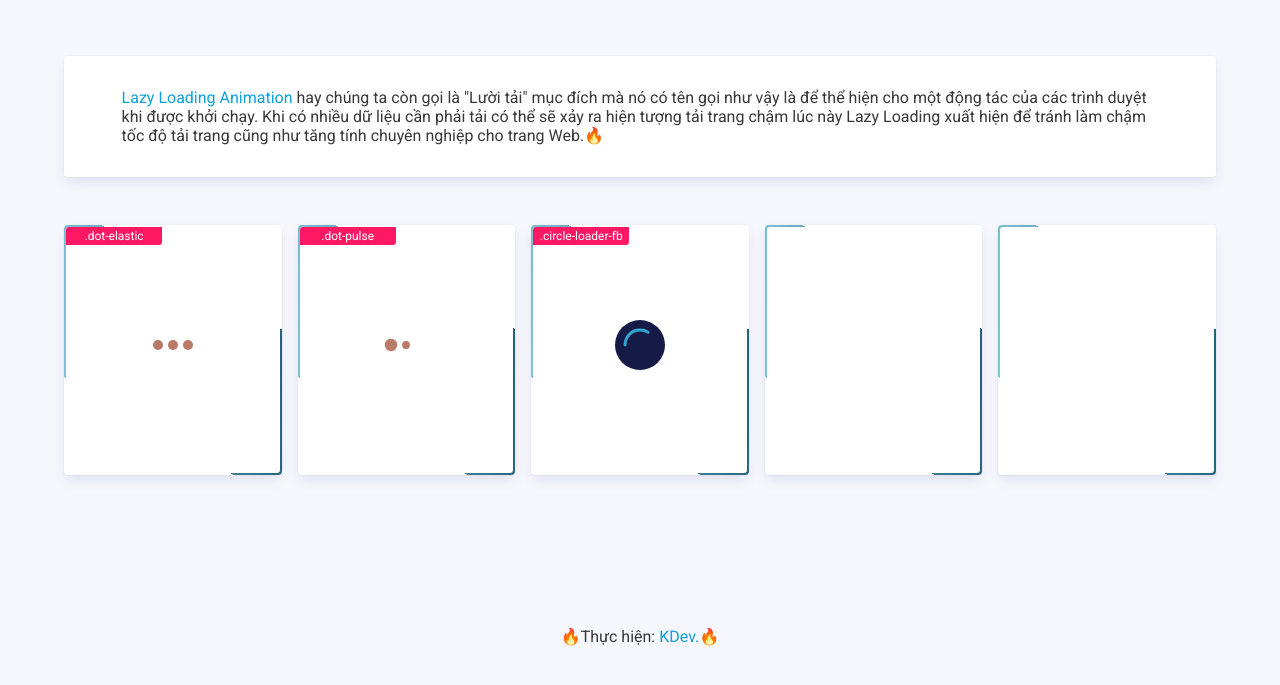
Repository: haokiet2501/lazy-loader-animation
Page: index.html
These files come from the project's save history. The page is drawn as it stood at one moment and after the next save; the edit follows.
The browser window is 1280 px wide. The pictures show the whole page.
The style sheet was rebuilt from its Sass, Less or Tailwind sources for each picture, by a compiler version that may differ from the author's.

Above is the page before, as saved 2022-05-07 01:26:17.

### index.html
<!DOCTYPE html>
<html lang="en">
<head>
    <meta charset="UTF-8">
    <meta http-equiv="X-UA-Compatible" content="IE=edge">
    <meta name="viewport" content="width=device-width, initial-scale=1.0">
    <link rel="shortcut icon" href="image/KDEV.png" type="image/x-icon">
    <link rel="stylesheet" href="sass/css/styles.css">
    <title>Lazy Loading Animation</title>
</head>
<body>
    <div class="container">
        <div class="title">
            <a href="/" target="_blank">Lazy Loading Animation</a> hay chúng ta còn gọi là "Lười tải" mục đích mà nó có tên gọi như vậy là để thể hiện cho một động tác của các trình duyệt khi được khởi chạy. Khi có nhiều dữ liệu cần phải tải có thể sẽ xảy ra hiện tượng tải trang chậm lúc này Lazy Loading xuất hiện để tránh làm chậm tốc độ tải trang cũng như tăng tính chuyên nghiệp cho trang Web.🔥
        </div>

        <div class="row">
            <div class="box">
                <div class="snippet" data-title=".dot-elastic"></div>
                <div class="dot">
                    <div class="dot__elastic"></div>
                </div>
            </div>

            <div class="box">
                <div class="snippet" data-title=".dot-pulse"></div>
                <div class="dot">
                    <div class="dot__pulse"></div>
                </div>
            </div>

            <div class="box">
                <div class="snippet" data-title=".circle-loader-fb"></div>
                <div class="dot">
                    <div class="dot__cirle__fb">
                        <svg>
                            <circle cx="15" cy="15" r="15"></circle>
                        </svg>
                    </div>
                </div>
            </div>

            <div class="box">
                <div class="dot">

                </div>
            </div>
            <div class="box">
                <div class="dot">

                </div>
            </div>
        </div>

        <footer class="footer">
            <p>
                🔥Thực hiện: <a href="/" target="_blank">KDev.</a>🔥
            </p>
        </footer>
    </div>
</body>
</html>

### sass/styles.scss
@import 'base/base';

$color-text: #383838;

.container {
    padding: 2rem 4rem;
}

.title {
    background: #fff;
    padding: 2rem 5%;
    margin: 1.5rem 0;
    box-shadow: 0 .4rem .8rem -.1rem rgba(0, 32, 128, .1), 0 0 0 1px #f0f2f7;
    border-radius: .25rem;
    color: $color-text;
}

.row {
    display: grid;
    grid-template-columns: repeat(auto-fill, minmax(184px, 1fr));
    gap: 24px 16px;
}

.box {
    position: relative;
    height: 250px;
    background: #fff;
    padding: 2rem 5%;
    margin: 1.5rem 0;
    box-shadow: 0 .4rem .8rem -.1rem rgba(0, 32, 128, .1), 0 0 0 1px #f0f2f7;
    border-radius: .25rem;
    overflow: hidden;
    z-index: 9;
}

.box::before {
    content: '';
    position: absolute;
    top: -3rem;
    left: 32px;
    width: 150px;
    height: 140%;
    background: linear-gradient(145deg, #053F5C , #9FE7F5);
    animation: animate 15s linear infinite;
}

.box::after {
    content: '';
    position: absolute;
    inset: 2px;
    background: #fff;
    border-radius: .20rem;
}

@keyframes animate {
    0% {
        transform: rotate(0deg);
    }
    100% {
        transform: rotate(360deg);
    }
}

.snippet {
    position: relative;
    z-index: 10;
    top: -1.87rem;
    left: -.55rem;
    padding: 2px 5px;
    text-align: center;
    background-color: rgb(255, 25, 100);
    width: 6rem;
    font-size: .75rem;
    color: #fff;
    border-radius: .20rem 0 .20rem 0;
}

.snippet::before {
    content: attr(data-title);
}

.dot {
    position: relative;
    z-index: 10;
    top: 35%;
    display: flex;
    justify-content: center;
    align-items: center;

    &__elastic {
        position: relative;
        width: 10px;
        height: 10px;
        border-radius: 5px;
        background-color: var(--color-circle);
        color: var(--color-circle);
        animation: dotElastic 1s linear infinite;
    }

    &__elastic::before, &__elastic::after {
        content: '';
        display: inline-block;
        position: absolute;
        top: 0;
    }

    &__elastic::before {
        left: -15px;
        width: 10px;
        height: 10px;
        border-radius: 5px;
        background-color: var(--color-circle);
        color: var(--color-circle);
        animation: dotElasticBefore 1s linear infinite;
    }

    &__elastic::after {
        left: 15px;
        width: 10px;
        height: 10px;
        border-radius: 5px;
        background-color: var(--color-circle);
        color: var(--color-circle);
        animation: dotElasticAfter 1s linear infinite;
    }

    @keyframes dotElasticBefore{
        0% {
            transform: scale(1, 1);
        }
        25% {
            transform: scale(1, 1.5);
        }
        50% {
            transform:  scale(1, 0.67);
        }
        75% {
            transform:  scale(1, 1);
        }
        100% {
            transform:  scale(1, 1);
        }
    }

    @keyframes dotElastic{
        0% {
            transform: scale(1, 1);
        }
        25% {
            transform: scale(1, 1);
        }
        50% {
            transform:  scale(1, 1.5);
        }
        75% {
            transform:  scale(1, 1);
        }
        100% {
            transform:  scale(1, 1);
        }
    }
    @keyframes dotElasticAfter{
        0% {
            transform: scale(1, 1);
        }
        25% {
            transform: scale(1, 1);
        }
        50% {
            transform:  scale(1, 0.67);
        }
        75% {
            transform:  scale(1, 1.5);
        }
        100% {
            transform:  scale(1, 1);
        }
    }

    &__pulse {
        position: relative;
        left: -9999px;
        width: 10px;
        height: 10px;
        background-color: var(--color-circle);
        color: var(--color-circle);
        border-radius: 5px;
        box-shadow: 9999px 0 0 -5px var(--color-circle);
        animation: dotPulse 1.5s linear infinite;
        animation-delay: .25s;
    }

    &__pulse::before, &__pulse::after {
        content: '';
        display: inline-block;
        position: absolute;
        top: 0;
        width: 10px;
        height: 10px;
        border-radius: 5px;
        background-color: var(--color-circle);
        color: var(--color-circle);
    }

    &__pulse::before {
        box-shadow: 9984px 0 0 -5px var(--color-circle);
        animation: dotPulseBefore 1.5s linear infinite;
        animation-delay: 0s;
    }

    &__pulse::after {
        box-shadow: 10014px 0 0 -5px var(--color-circle);
        animation: dotPulseAfter 1.5s linear infinite;
        animation-delay: .5s;
    }

    @keyframes dotPulseBefore {
        0% {
            box-shadow: 9984px 0 0 -5px var(--color-circle);
        }
        30% {
            box-shadow: 9984px 0 0 2px var(--color-circle);
        }
        60%, 100% {
            box-shadow: 9984px 0 0 -5px var(--color-circle);
        }
    }

    @keyframes dotPulse {
        0% {
            box-shadow: 9999px 0 0 -5px var(--color-circle);
        }
        30% {
            box-shadow: 9999px 0 0 2px var(--color-circle);
        }
        60%, 100% {
            box-shadow: 9999px 0 0 -5px var(--color-circle);
        }
    }
    @keyframes dotPulseAfter {
        0% {
            box-shadow: 10014px 0 0 -5px var(--color-circle);
        }
        30% {
            box-shadow: 10014px 0 0 2px var(--color-circle);
        }
        60%, 100% {
            box-shadow: 10014px 0 0 -5px var(--color-circle);
        }
    }

    &__cirle__fb {
        position: relative;
        top: -20px;
        width: 50px;
        height: 50px;
        background: #151B46;
        border-radius: 50%;
    }

    svg {
        display: relative;
        width: 50px;
        height: 50px;
        animation: spinner 2s linear infinite;
    }

    @keyframes spinner {
        0% {
            transform: rotate(0deg);
        }
        100% {
            transform: rotate(360deg);
        }
    }

    circle {
        width: 100%;
        height: 100%;
        fill: none;
        stroke-width: 3;
        stroke: #33A7D0;
        stroke-linecap: round;
        transform: translate(10px, 10px);
        stroke-dasharray: 85;
        stroke-dashoffset: 85;
        background: #33A7D0;
        animation: circle 4s linear infinite;
        animation-delay: .25s;
        transition: .4s ease-in-out;
    }

    @keyframes circle {
        0%, 100% {
            stroke-dashoffset: 85;
        }
        50% {
            stroke-dashoffset: 0;
        }
        50.1% {
            stroke-dashoffset: 170;
        }
    }
}

.footer {
    display: flex;
    justify-content: center;
    align-items: center;
    margin: 128px 0 20px;
}

.footer > p {
    color: $color-text;
}

### sass/base/_base.scss
@import url('https://fonts.googleapis.com/css2?family=Roboto:wght@300;400;500;700&display=swap');

:root {
    --color-circle: #B97A67;
}

*, ::before, ::after {
    margin: 0;
    padding: 0;
    box-sizing: border-box;
}

html, body {
    scroll-behavior: smooth;
    font-family: 'Roboto', sans-serif;
    background: #f6f7fd;
    height: 100%;
    overflow: auto;
}

a {
    text-decoration: none;
    color: #0AA1DD;
}

After the next save:
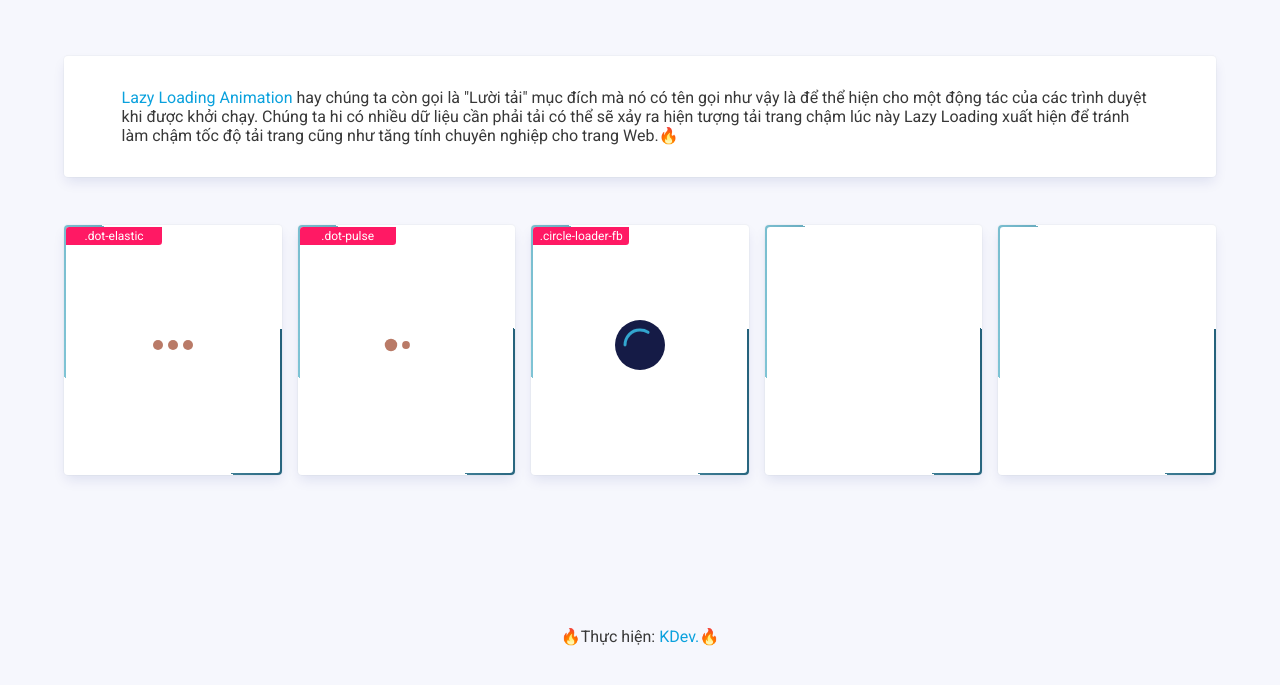
Saved 24 s later.
--- a/index.html
+++ b/index.html
@@ -11,7 +11,7 @@
 <body>
     <div class="container">
         <div class="title">
-            <a href="/" target="_blank">Lazy Loading Animation</a> hay chúng ta còn gọi là "Lười tải" mục đích mà nó có tên gọi như vậy là để thể hiện cho một động tác của các trình duyệt khi được khởi chạy. Khi có nhiều dữ liệu cần phải tải có thể sẽ xảy ra hiện tượng tải trang chậm lúc này Lazy Loading xuất hiện để tránh làm chậm tốc độ tải trang cũng như tăng tính chuyên nghiệp cho trang Web.🔥
+            <a href="/" target="_blank">Lazy Loading Animation</a> hay chúng ta còn gọi là "Lười tải" mục đích mà nó có tên gọi như vậy là để thể hiện cho một động tác của các trình duyệt khi được khởi chạy. Chúng ta hi có nhiều dữ liệu cần phải tải có thể sẽ xảy ra hiện tượng tải trang chậm lúc này Lazy Loading xuất hiện để tránh làm chậm tốc độ tải trang cũng như tăng tính chuyên nghiệp cho trang Web.🔥
         </div>
 
         <div class="row">
